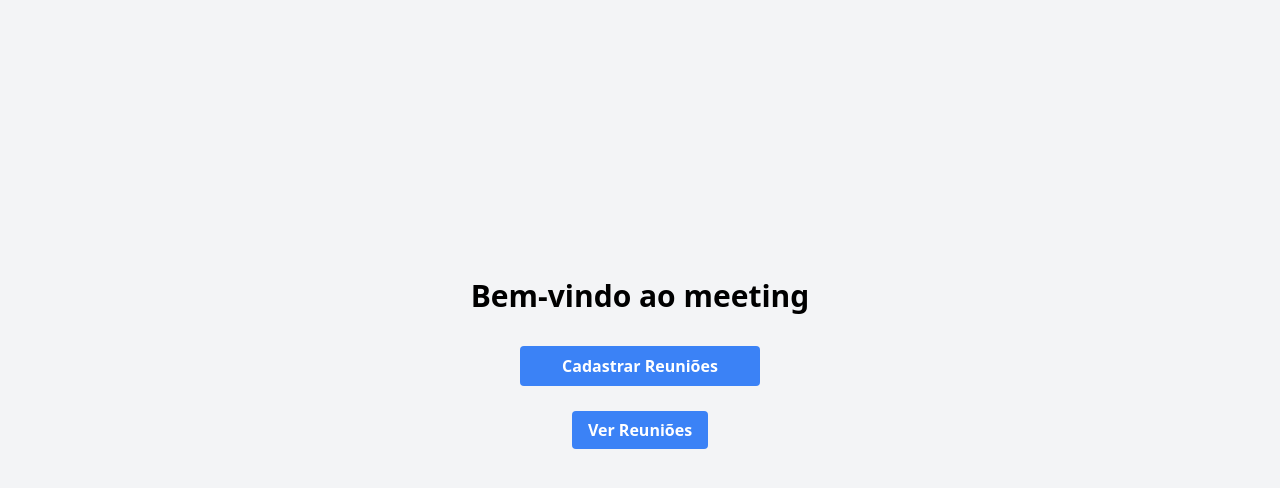
Repository: TamiBeira/meeting
Page: /
An editor plug-in stored every save of this project. The page is shown before and after the next save, followed by the edit.
The browser window is 1280 px wide. The pictures show the whole page.
The project was rebuilt for these pictures with package versions that can differ from the ones it lists, and the page was loaded fresh each time. Also part of the build but not shown: vite.config.ts, src/contexts/FormContext.tsx, src/contexts/MeetingsContext.tsx, src/components/Form.tsx, src/components/MeetingsView.tsx.

Above is the page before, as saved 2024-02-27 00:03:55.

### index.html
<!doctype html>
<html lang="pt">
  <head>
    <meta charset="UTF-8" />
    <meta name="viewport" content="width=device-width, initial-scale=1.0" />
    <title>Meeting</title>
  </head>
  <body>
    <div id="root"></div>
    <script type="module" src="/src/main.tsx"></script>
  </body>
</html>

### src/app.tsx
import { BrowserRouter as Router, Routes, Route } from 'react-router-dom';
import { FormProvider } from './contexts/FormContext';
import { MeetingsProvider } from './contexts/MeetingsContext';
import { Form } from './components/Form';
import { MeetingsView } from './components/MeetingsView';
import { HomePage } from './components/HomePage';

export const App = () => {
  return (
    <Router>
      <Routes>
        <Route path="/" element={<HomePage />} />
        <Route path="/form" element={<FormProvider><Form /></FormProvider>} />
        <Route path="/meetings" element={<MeetingsProvider><MeetingsView /></MeetingsProvider>} />
      </Routes>
    </Router>
  );
};

### src/components/HomePage.tsx
import { Link } from 'react-router-dom';

export const HomePage = () => {
  return (
    <div className="flex flex-col items-center justify-center min-h-screen bg-gray-100">
      <h1 className="text-3xl font-bold mb-8">Bem-vindo ao meeting</h1>
      <div className="flex space-x-4">
        <Link
          to="/form"
          className="w-60 text-center bg-blue-500 hover:bg-blue-600 text-white font-bold py-2 px-4 rounded focus:outline-none focus:shadow-outline"
        >
          Cadastrar Reuniões
        </Link>
      </div>
      <div className="mt-8">
        <Link
          to="/meetings"
          className="w-60 text-center bg-blue-500 hover:bg-blue-600 text-white font-bold py-2 px-4 rounded focus:outline-none focus:shadow-outline"
        >
          Ver Reuniões
        </Link>
      </div>
    </div>
  );
};

### tailwind.config.js
/** @type {import('tailwindcss').Config} */
export default {
  content: [
    "./index.html",
    "./src/**/*.tsx",
  ],
  theme: {
    extend: {},
  },
  plugins: [],
}

Loaded but not shown: src/main.tsx (common file); src/index.css (common file)

After the next save:
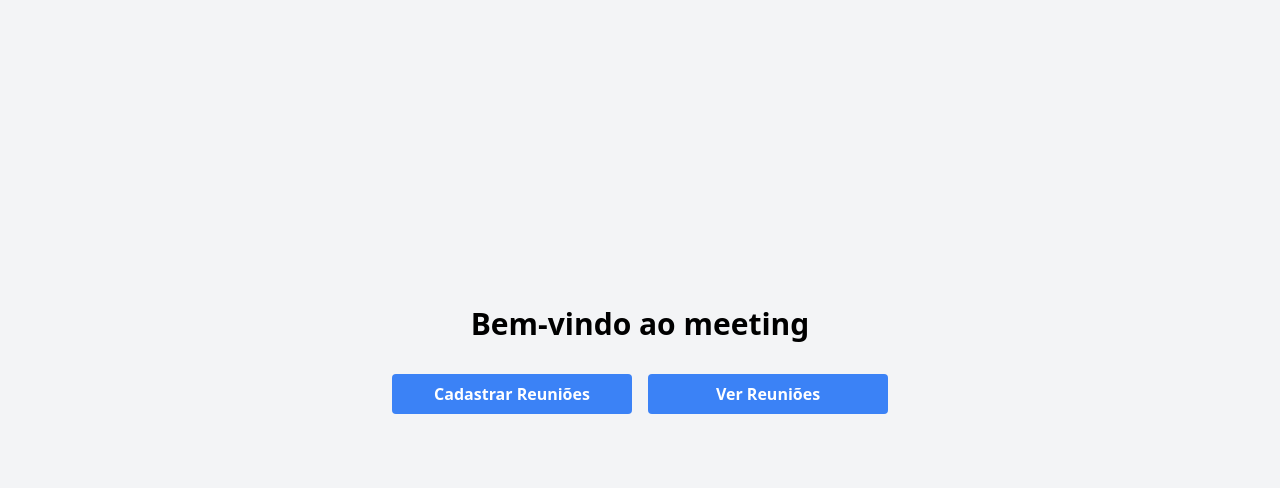
Saved 33 s later.
--- a/src/components/HomePage.tsx
+++ b/src/components/HomePage.tsx
@@ -11,8 +11,7 @@ export const HomePage = () => {
         >
           Cadastrar Reuniões
         </Link>
-      </div>
-      <div className="mt-8">
+
         <Link
           to="/meetings"
           className="w-60 text-center bg-blue-500 hover:bg-blue-600 text-white font-bold py-2 px-4 rounded focus:outline-none focus:shadow-outline"
